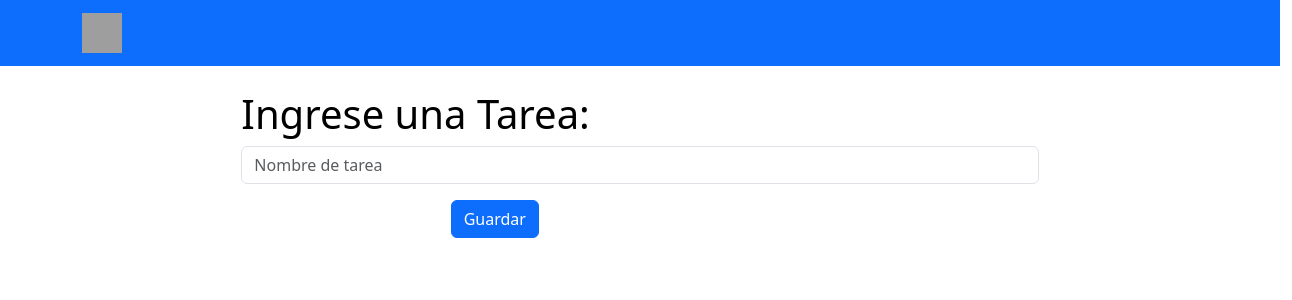
Repository: mgarrido0gb/registroTareas
Page: http://localhost/Tareas/Home
The author's editor kept a copy of each file at every save. The page is drawn from the files as they stood at one save, then again after the next save.
The browser window is 1280 px wide. The page is 1292 px wide, so the pictures cover 1292 px, including what lies to the right of the window. The pictures show the whole page.
Pictures or frames that could not be fetched are drawn as grey boxes. The page is served by Tomcat 10. Queries for data that is not in the repository find no rows.

Above is the page before, as saved 2024-05-21 16:45:24.

After the next save:
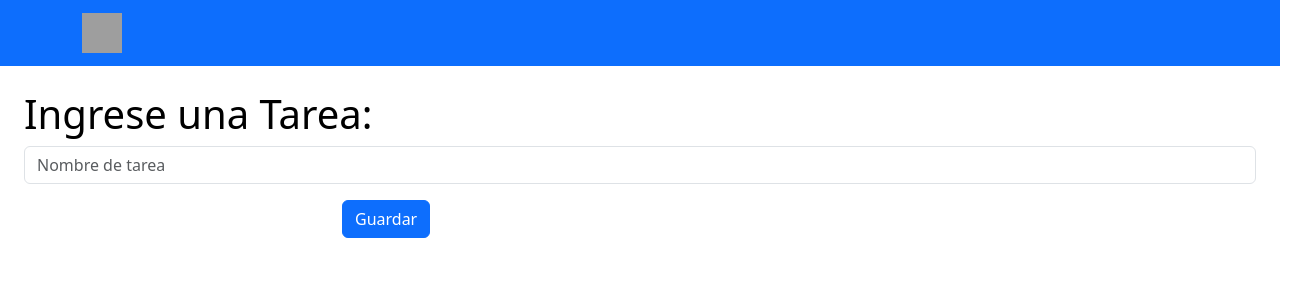
Saved 34 s later.
--- a/Tareas/src/main/webapp/WEB-INF/home.jsp
+++ b/Tareas/src/main/webapp/WEB-INF/home.jsp
@@ -42,7 +42,7 @@
 	</nav>
 
     <div class="row">
-    	<div class="col-3 offset-3 d-block m-auto m-0 col-sm-8">
+    	<div class="col-3 offset-3 d-block m-auto m-0 col-sm">
     		<form action="/Tareas/Home" method="post">
     			<div class="p-4">
     				<h1>Ingrese una Tarea: </h1>
